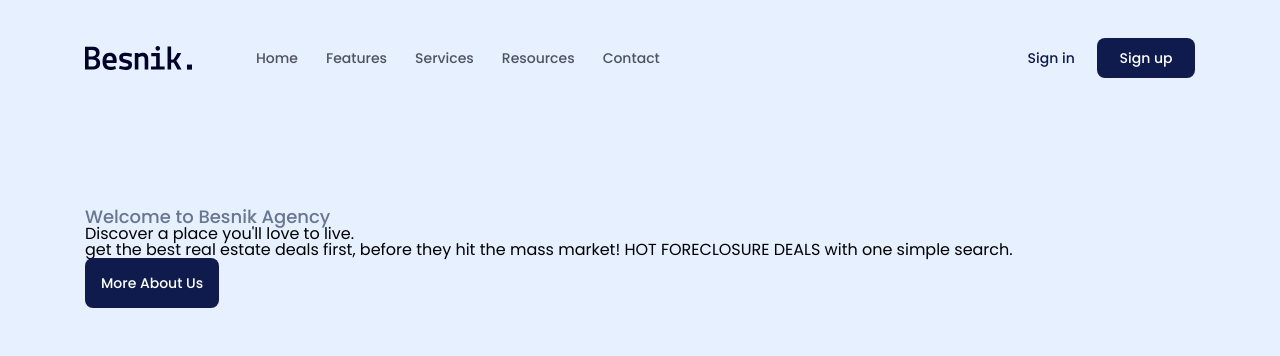
Repository: empty24062002/f8-htmlcss-01
Page: index.html
These files come from the project's save history. The page is drawn as it stood at one moment and after the next save; the edit follows.
The browser window is 1280 px wide. The pictures show the whole page.

Above is the page before, as saved 2023-07-11 13:53:13.

After the next save:
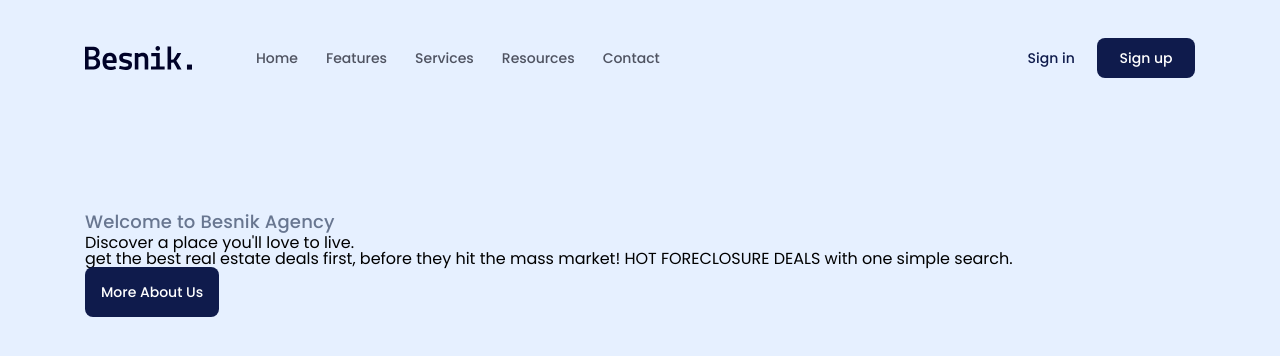
Saved 53 s later.
--- a/assets/css/styles.css
+++ b/assets/css/styles.css
@@ -91,6 +91,8 @@
 
 .hero .sub-title {
     color: #687690;
-    font-size: 18px;
+    font-size: 1.8rem;
+    line-height: 1.5;
     font-weight: 500;
+    letter-spacing: 0.01em;
 }
